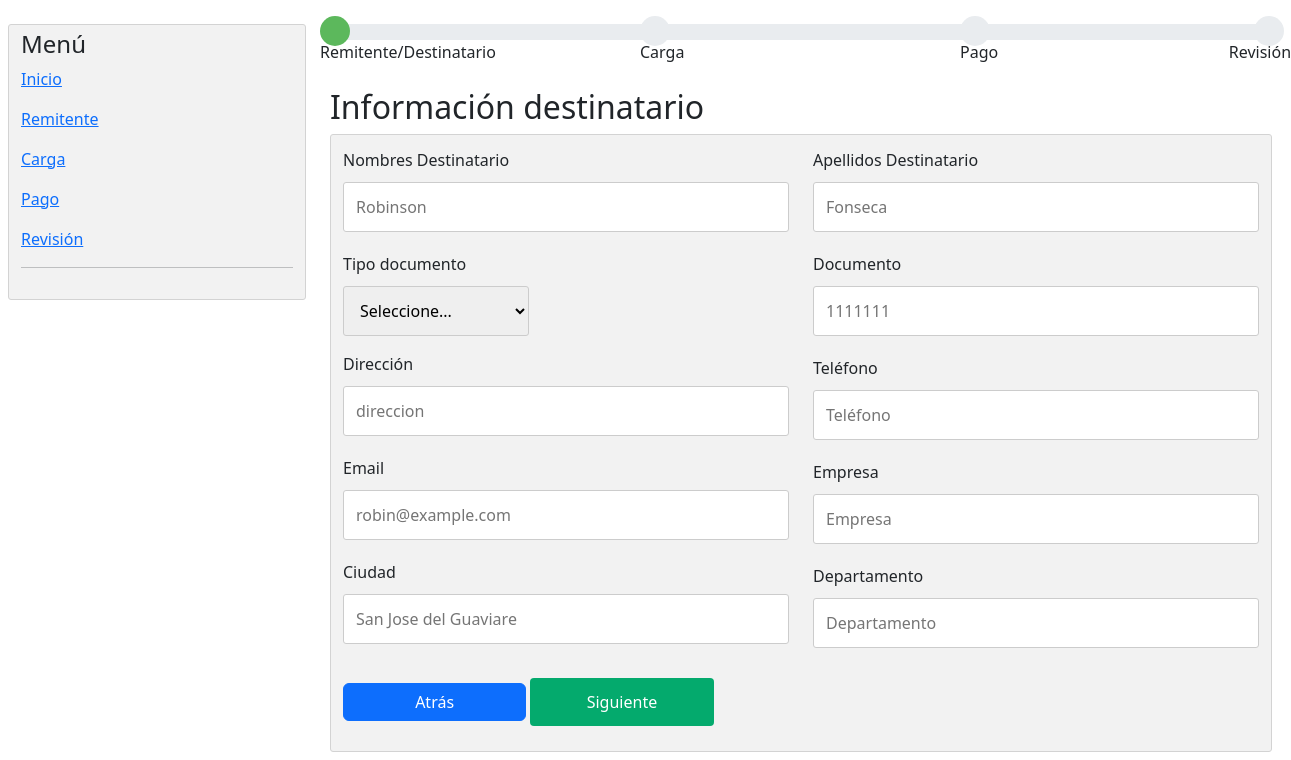
Repository: SennovaFluvial/Trasnfluvial
Page: appFluvial/templates/card1destinatario.html
The author's editor kept a copy of each file at every save. The page is drawn from the files as they stood at one save, then again after the next save.
The browser window is 1280 px wide. The page is 1291 px wide, so the pictures cover 1291 px, including what lies to the right of the window. The pictures show the whole page.
The template is drawn by Django 3.2. The application's start-up code is not run. The template is opened directly, without the code that normally fills it, so the values that code supplies are empty.

Above is the page before, as saved 2023-10-19 00:10:04.

After the next save:
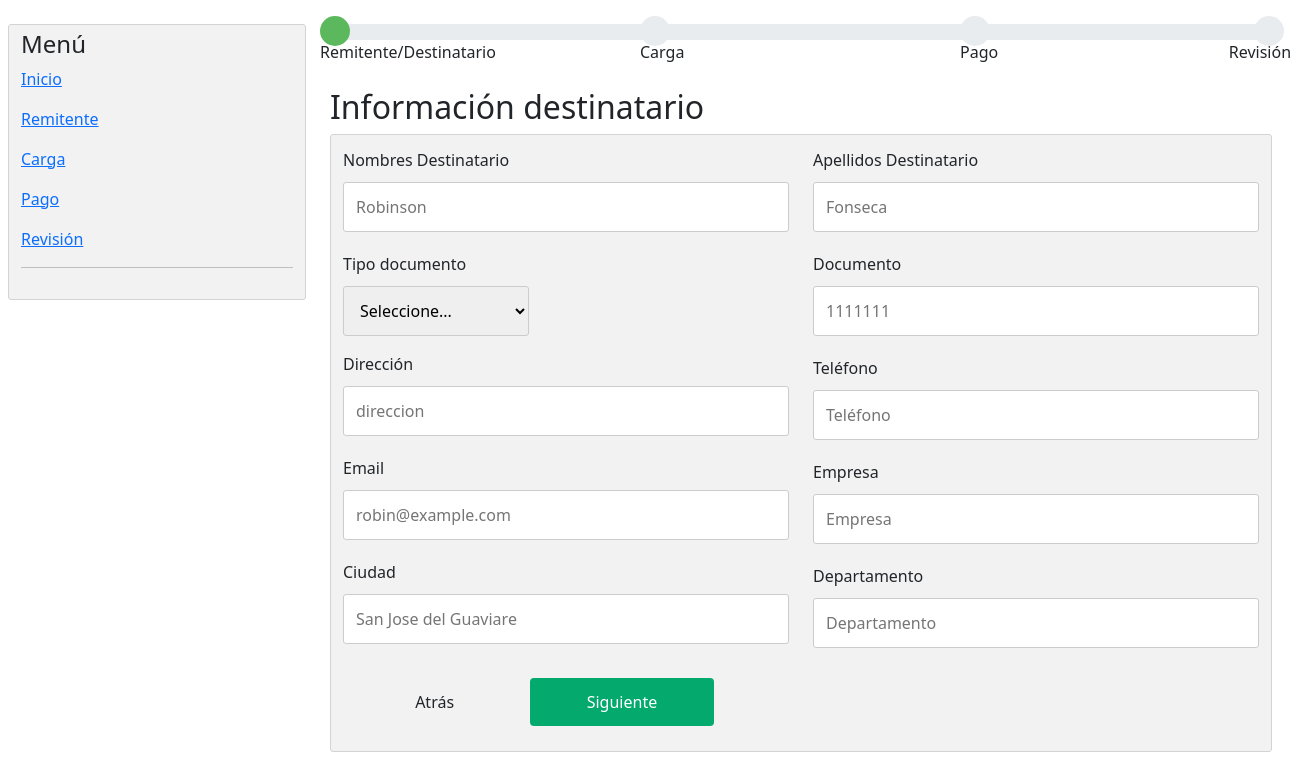
Saved 25 s later.
--- a/appFluvial/templates/card1destinatario.html
+++ b/appFluvial/templates/card1destinatario.html
@@ -249,7 +249,7 @@ span.price {
           </div>
 
         </div>
-        <a href="javascript:history.back()" class="btn btn-primary">Atrás</a>
+        <a href="javascript:history.back()" class="btn btn-secundary">Atrás</a>
         <input type="submit" value="Siguiente" class="btn">
       </form>
     </div>
